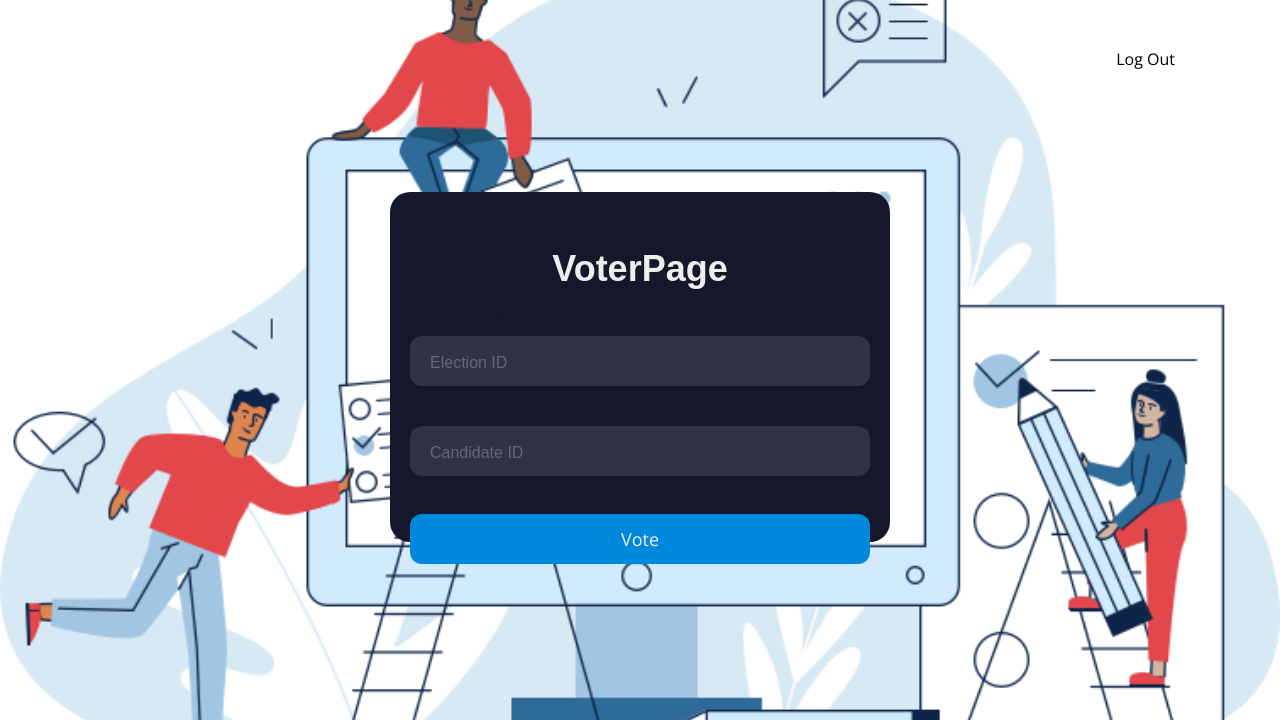
Repository: CS699-IITB-Autumn-2021/project-alpha_team
Page: IVote/templates/Voting.html
These files come from the project's save history. The page is drawn as it stood at one moment and after the next save; the edit follows.
The browser window is 1280 px wide. The pictures show the whole page.

Above is the page before, as saved 2021-10-26 17:58:51.

### IVote/templates/Voting.html
<!doctype html>
<html lang="en">

<head>
  <!-- Required meta tags -->
  <meta charset="utf-8">
  <meta name="viewport" content="width=device-width, initial-scale=1, shrink-to-fit=no">

  <link href="https://fonts.googleapis.com/css?family=Open+Sans:300,400,700" rel="stylesheet">

  <link rel="stylesheet" href="static/fonts/icomoon/style.css">

  <link rel="stylesheet" href="static/css/owl.carousel.min.css">

  <!-- Bootstrap CSS -->
  <link rel="stylesheet" href="static/css/bootstrap.min.css">

  <!-- Style -->
  <link rel="stylesheet" href="static/css/style.css">

  <title>Voter</title>
</head>

<body>


  <div class="site-mobile-menu">
    <div class="site-mobile-menu-header">
      <div class="site-mobile-menu-close mt-3">
        <span class="icon-close2 js-menu-toggle"></span>
      </div>
    </div>
    <div class="site-mobile-menu-body"></div>
  </div>

  <header class="site-navbar" role="banner">

    <div class="container">
      <div class="row align-items-center">

        <div class="col-11 col-xl-2">
          <h1 class="mb-0 site-logo"><a href="voter.html" class="text-white mb-0">iVote</a></h1>
        </div>
        <div class="col-12 col-md-10 d-none d-xl-block">
          <nav class="site-navigation position-relative text-right" role="navigation">

            <ul class="site-menu js-clone-nav mr-auto d-none d-lg-block">
              <li><a href="/logout"><span>Log Out</span></a></li>
            </ul>
          </nav>
        </div>

        <div class="d-inline-block d-xl-none ml-md-0 mr-auto py-3" style="position: relative; top: 3px;"><a href="#"
            class="site-menu-toggle js-menu-toggle text-white"><span class="icon-menu h3"></span></a></div>

      </div>

    </div>

  </header>

  <div class="hero" style="background-image: url('static/images/hero.9dd292ee.png');"></div>
  <div class="position" align="center">
    <div class="form1">
      <div class="title">VoterPage</div>
      <form action="voter.html" method="POST">
        <div class="input-container ic1">
          <input id="id" class="input" name="id" type="number" min="0" placeholder=" " />
          <div class="cut"></div>
          <label for="id" class="placeholder">Election ID</label>
        </div>
        <div class="input-container ic1">
            <input id="id2" class="input" name="id" type="number" min="0" placeholder=" " />
            <div class="cut"></div>
            <label for="id2" class="placeholder">Candidate ID</label>
          </div>
        <button type="submit" class="submit">Vote</button>
      </form>
    </div>
  </div>
  <script src="static/js/jquery-3.3.1.min.js"></script>
  <script src="static/js/popper.min.js"></script>
  <script src="static/js/bootstrap.min.js"></script>
  <script src="static/js/jquery.sticky.js"></script>
  <script src="static/js/main.js"></script>
</body>

</html>

### IVote/static/css/style.css
html{
	height: 100%;
}
body {
  font-family: "Open Sans", -apple-system, BlinkMacSystemFont, "Segoe UI", Roboto, "Helvetica Neue", Arial, "Noto Sans", sans-serif, "Apple Color Emoji", "Segoe UI Emoji", "Segoe UI Symbol", "Noto Color Emoji";
  background-color: #fff;
  position: relative;
  min-height: 100vh;
 }
  body:before {
    content: "";
    position: absolute;
    top: 0;
    left: 0;
    right: 0;
    bottom: 0;
	height: 200hv;
    background: rgba(0, 0, 0, 0.5);
    -webkit-transition: .3s all ease;
    -o-transition: .3s all ease;
    transition: .3s all ease;
    opacity: 0;
    visibility: hidden;
    z-index: 1; }
  body.offcanvas-menu:before {
    opacity: 1;
    visibility: visible; }

p {
  color: #b3b3b3;
  font-weight: 300; }

h1, h2, h3, h4, h5, h6,
.h1, .h2, .h3, .h4, .h5, .h6 {
  font-family: "Open Sans", -apple-system, BlinkMacSystemFont, "Segoe UI", Roboto, "Helvetica Neue", Arial, "Noto Sans", sans-serif, "Apple Color Emoji", "Segoe UI Emoji", "Segoe UI Symbol", "Noto Color Emoji"; }

a {
  -webkit-transition: .3s all ease;
  -o-transition: .3s all ease;
  transition: .3s all ease; }
  a, a:hover {
    text-decoration: none !important; }

.hero {
  height: 100%;
  width: 100%;
  background-size: cover;
  background-position: center center;
  background-repeat: no-repeat;
  position: absolute  }
.position {
	position: relative;
	padding-top: 15%;
}

.site-navbar {
  margin-bottom: 0px;
  z-index: 1999;
  position: absolute;
  top: 2rem;
  width: 100%; }
  .site-navbar.transparent {
    background: transparent; }
  .site-navbar.absolute {
    position: absolute;
    top: 0;
    left: 0;
    width: 100%; }
  .site-navbar .site-logo {
    position: relative;
    left: 0;
    font-size: 24px !important; }
  .site-navbar .site-navigation .site-menu {
    margin-bottom: 0; }
    .site-navbar .site-navigation .site-menu .active > a span {
      background: #007bff;
      color: #000;
      border-radius: 30px;
      display: inline-block;
      padding: 5px 20px; }
    .site-navbar .site-navigation .site-menu a {
      text-decoration: none !important;
      display: inline-block; }
    .site-navbar .site-navigation .site-menu > li {
      display: inline-block; }
      .site-navbar .site-navigation .site-menu > li > a {
        padding: 10px 0px;
        color: #000;
        font-size: 16px;
        text-decoration: none !important; }
        .site-navbar .site-navigation .site-menu > li > a > span {
          padding: 5px 20px;
          display: inline-block;
          -webkit-transition: .3s all ease;
          -o-transition: .3s all ease;
          transition: .3s all ease;
          border-radius: 30px; }
        .site-navbar .site-navigation .site-menu > li > a:hover > span {
          background: #007bff;
          color: #000;
          border-radius: 30px;
          display: inline-block; }
    .site-navbar .site-navigation .site-menu .has-children {
      position: relative; }
      .site-navbar .site-navigation .site-menu .has-children > a span {
        position: relative;
        padding-right: 30px; }
        .site-navbar .site-navigation .site-menu .has-children > a span:before {
          position: absolute;
          content: "\e313";
          font-size: 16px;
          top: 50%;
          right: 10px;
          -webkit-transform: translateY(-50%);
          -ms-transform: translateY(-50%);
          transform: translateY(-50%);
          font-family: 'icomoon'; }
      .site-navbar .site-navigation .site-menu .has-children .dropdown {
        visibility: hidden;
        opacity: 0;
        top: 100%;
        position: absolute;
        text-align: left;
        border-top: 2px solid #007bff;
        -webkit-box-shadow: 0 2px 10px -2px rgba(0, 0, 0, 0.1);
        box-shadow: 0 2px 10px -2px rgba(0, 0, 0, 0.1);
        padding: 0px 0;
        margin-top: 20px;
        margin-left: 0px;
        background: #fff;
        -webkit-transition: 0.2s 0s;
        -o-transition: 0.2s 0s;
        transition: 0.2s 0s; }
        .site-navbar .site-navigation .site-menu .has-children .dropdown.arrow-top {
          position: absolute; }
          .site-navbar .site-navigation .site-menu .has-children .dropdown.arrow-top:before {
            bottom: 100%;
            left: 20%;
            border: solid transparent;
            content: " ";
            height: 0;
            width: 0;
            position: absolute;
            pointer-events: none; }
          .site-navbar .site-navigation .site-menu .has-children .dropdown.arrow-top:before {
            border-color: rgba(136, 183, 213, 0);
            border-bottom-color: #fff;
            border-width: 10px;
            margin-left: -10px; }
        .site-navbar .site-navigation .site-menu .has-children .dropdown a {
          text-transform: none;
          letter-spacing: normal;
          -webkit-transition: 0s all;
          -o-transition: 0s all;
          transition: 0s all;
          color: #343a40; }
        .site-navbar .site-navigation .site-menu .has-children .dropdown .active > a {
          color: #007bff !important; }
        .site-navbar .site-navigation .site-menu .has-children .dropdown > li {
          list-style: none;
          padding: 0;
          margin: 0;
          min-width: 200px; }
          .site-navbar .site-navigation .site-menu .has-children .dropdown > li > a {
            padding: 9px 20px;
            display: block; }
            .site-navbar .site-navigation .site-menu .has-children .dropdown > li > a:hover {
              background: #fafafb; }
          .site-navbar .site-navigation .site-menu .has-children .dropdown > li.has-children > a {
            position: relative; }
            .site-navbar .site-navigation .site-menu .has-children .dropdown > li.has-children > a:after {
              position: absolute;
              right: 0;
              content: "\e315";
              right: 20px;
              font-family: 'icomoon'; }
          .site-navbar .site-navigation .site-menu .has-children .dropdown > li.has-children > .dropdown, .site-navbar .site-navigation .site-menu .has-children .dropdown > li.has-children > ul {
            left: 100%;
            top: 0; }
          .site-navbar .site-navigation .site-menu .has-children .dropdown > li.has-children:hover > a, .site-navbar .site-navigation .site-menu .has-children .dropdown > li.has-children:active > a, .site-navbar .site-navigation .site-menu .has-children .dropdown > li.has-children:focus > a {
            background: #fafafb; }
      .site-navbar .site-navigation .site-menu .has-children:hover > a, .site-navbar .site-navigation .site-menu .has-children:focus > a, .site-navbar .site-navigation .site-menu .has-children:active > a {
        color: #007bff; }
        .site-navbar .site-navigation .site-menu .has-children:hover > a span, .site-navbar .site-navigation .site-menu .has-children:focus > a span, .site-navbar .site-navigation .site-menu .has-children:active > a span {
          background: #007bff;
          color: #fff; }
      .site-navbar .site-navigation .site-menu .has-children:hover, .site-navbar .site-navigation .site-menu .has-children:focus, .site-navbar .site-navigation .site-menu .has-children:active {
        cursor: pointer; }
        .site-navbar .site-navigation .site-menu .has-children:hover > .dropdown, .site-navbar .site-navigation .site-menu .has-children:focus > .dropdown, .site-navbar .site-navigation .site-menu .has-children:active > .dropdown {
          -webkit-transition-delay: 0s;
          -o-transition-delay: 0s;
          transition-delay: 0s;
          margin-top: 0px;
          visibility: visible;
          opacity: 1; }

.site-mobile-menu {
  width: 300px;
  position: fixed;
  right: 0;
  z-index: 2000;
  padding-top: 20px;
  background: #fff;
  height: calc(100vh);
  -webkit-transform: translateX(110%);
  -ms-transform: translateX(110%);
  transform: translateX(110%);
  -webkit-box-shadow: -10px 0 20px -10px rgba(0, 0, 0, 0.1);
  box-shadow: -10px 0 20px -10px rgba(0, 0, 0, 0.1);
  -webkit-transition: .3s all ease-in-out;
  -o-transition: .3s all ease-in-out;
  transition: .3s all ease-in-out; }
  .offcanvas-menu .site-mobile-menu {
    -webkit-transform: translateX(0%);
    -ms-transform: translateX(0%);
    transform: translateX(0%); }
  .site-mobile-menu .site-mobile-menu-header {
    width: 100%;
    float: left;
    padding-left: 20px;
    padding-right: 20px; }
    .site-mobile-menu .site-mobile-menu-header .site-mobile-menu-close {
      float: right;
      margin-top: 8px; }
      .site-mobile-menu .site-mobile-menu-header .site-mobile-menu-close span {
        font-size: 30px;
        display: inline-block;
        padding-left: 10px;
        padding-right: 0px;
        line-height: 1;
        cursor: pointer;
        -webkit-transition: .3s all ease;
        -o-transition: .3s all ease;
        transition: .3s all ease; }
        .site-mobile-menu .site-mobile-menu-header .site-mobile-menu-close span:hover {
          color: #f8f9fa; }
    .site-mobile-menu .site-mobile-menu-header .site-mobile-menu-logo {
      float: left;
      margin-top: 10px;
      margin-left: 0px; }
      .site-mobile-menu .site-mobile-menu-header .site-mobile-menu-logo a {
        display: inline-block;
        text-transform: uppercase; }
        .site-mobile-menu .site-mobile-menu-header .site-mobile-menu-logo a img {
          max-width: 70px; }
        .site-mobile-menu .site-mobile-menu-header .site-mobile-menu-logo a:hover {
          text-decoration: none; }
  .site-mobile-menu .site-mobile-menu-body {
    overflow-y: scroll;
    -webkit-overflow-scrolling: touch;
    position: relative;
    padding: 0 20px 20px 20px;
    height: calc(100vh - 52px);
    padding-bottom: 150px; }
  .site-mobile-menu .site-nav-wrap {
    padding: 0;
    margin: 0;
    list-style: none;
    position: relative; }
    .site-mobile-menu .site-nav-wrap a {
      padding: 10px 20px;
      display: block;
      position: relative;
      color: #212529; }
      .site-mobile-menu .site-nav-wrap a:hover {
        color: #007bff; }
    .site-mobile-menu .site-nav-wrap li {
      position: relative;
      display: block; }
      .site-mobile-menu .site-nav-wrap li.active > a {
        color: #007bff; }
    .site-mobile-menu .site-nav-wrap .arrow-collapse {
      position: absolute;
      right: 0px;
      top: 10px;
      z-index: 20;
      width: 36px;
      height: 36px;
      text-align: center;
      cursor: pointer;
      border-radius: 50%; }
      .site-mobile-menu .site-nav-wrap .arrow-collapse:hover {
        background: #f8f9fa; }
      .site-mobile-menu .site-nav-wrap .arrow-collapse:before {
        font-size: 12px;
        z-index: 20;
        font-family: "icomoon";
        content: "\f078";
        position: absolute;
        top: 50%;
        left: 50%;
        -webkit-transform: translate(-50%, -50%) rotate(-180deg);
        -ms-transform: translate(-50%, -50%) rotate(-180deg);
        transform: translate(-50%, -50%) rotate(-180deg);
        -webkit-transition: .3s all ease;
        -o-transition: .3s all ease;
        transition: .3s all ease; }
      .site-mobile-menu .site-nav-wrap .arrow-collapse.collapsed:before {
        -webkit-transform: translate(-50%, -50%);
        -ms-transform: translate(-50%, -50%);
        transform: translate(-50%, -50%); }
    .site-mobile-menu .site-nav-wrap > li {
      display: block;
      position: relative;
      float: left;
      width: 100%; }
      .site-mobile-menu .site-nav-wrap > li > a {
        padding-left: 20px;
        font-size: 20px; }
      .site-mobile-menu .site-nav-wrap > li > ul {
        padding: 0;
        margin: 0;
        list-style: none; }
        .site-mobile-menu .site-nav-wrap > li > ul > li {
          display: block; }
          .site-mobile-menu .site-nav-wrap > li > ul > li > a {
            padding-left: 40px;
            font-size: 16px; }
          .site-mobile-menu .site-nav-wrap > li > ul > li > ul {
            padding: 0;
            margin: 0; }
            .site-mobile-menu .site-nav-wrap > li > ul > li > ul > li {
              display: block; }
              .site-mobile-menu .site-nav-wrap > li > ul > li > ul > li > a {
                font-size: 16px;
                padding-left: 60px; }
    .site-mobile-menu .site-nav-wrap[data-class="social"] {
      float: left;
      width: 100%;
      margin-top: 30px;
      padding-bottom: 5em; }
      .site-mobile-menu .site-nav-wrap[data-class="social"] > li {
        width: auto; }
        .site-mobile-menu .site-nav-wrap[data-class="social"] > li:first-child a {
          padding-left: 15px !important; }
.form {
  background-color: #15172b;
  border-radius: 20px;
  box-sizing: border-box;
  height: 800px;
  padding: 20px;
  width: 500px;
}

.title {
  color: #eee;
  font-family: sans-serif;
  font-size: 36px;
  font-weight: 600;
  margin-top: 30px;
}

.subtitle {
  color: #eee;
  font-family: sans-serif;
  font-size: 16px;
  font-weight: 600;
  margin-top: 10px;
}

.input-container {
  height: 50px;
  position: relative;
  width: 100%;
}

.ic1 {
  margin-top: 40px;
}

.ic2 {
  margin-top: 30px;
}

.form1 {
  background-color: #15172b;
  border-radius: 20px;
  box-sizing: border-box;
  height: 350px;
  padding: 20px;
  width: 500px;
}


.input {
  background-color: #303245;
  border-radius: 12px;
  border: 0;
  box-sizing: border-box;
  color: #eee;
  font-size: 18px;
  height: 100%;
  outline: 0;
  padding: 4px 20px 0;
  width: 100%;
}
.mul {
  background-color: #303245;
  border-radius: 12px;
  border: 0;
  box-sizing: border-box;
  color: #eee;
  font-size: 18px;
  height: 100%;
  outline: 0;
  padding: 4px 20px 0;
  width: 100%;
}

.cut {
  background-color: #15172b;
  border-radius: 10px;
  height: 20px;
  left: 20px;
  position: absolute;
  top: -20px;
  transform: translateY(0);
  transition: transform 200ms;
  width: 76px;
}

.cut-short {
  width: 50px;
}

.input:focus ~ .cut,
.input:not(:placeholder-shown) ~ .cut {
  transform: translateY(8px);
}
.mul:focus ~ .cut,
.mul:not(:placeholder-shown) ~ .cut {
  transform: translateY(8px);
}
.placeholder {
  color: #65657b;
  font-family: sans-serif;
  left: 20px;
  line-height: 14px;
  pointer-events: none;
  position: absolute;
  transform-origin: 0 50%;
  transition: transform 200ms, color 200ms;
  top: 20px;
}

.input:focus ~ .placeholder,
.input:not(:placeholder-shown) ~ .placeholder {
  transform: translateY(-30px) translateX(10px) scale(0.75);
}

.input:not(:placeholder-shown) ~ .placeholder {
  color: #808097;
}

.input:focus ~ .placeholder {
  color: #dc2f55;
}
.mul:focus ~ .placeholder,
.mul:not(:placeholder-shown) ~ .placeholder {
  transform: translateY(-30px) translateX(10px) scale(0.75);
}

.mul:not(:placeholder-shown) ~ .placeholder {
  color: #808097;
}

.mul:focus ~ .placeholder {
  color: #dc2f55;
}

.submit {
  background-color: #08d;
  border-radius: 12px;
  border: 0;
  box-sizing: border-box;
  color: #eee;
  cursor: pointer;
  font-size: 18px;
  height: 50px;
  margin-top: 38px;
  outline: 0;
  text-align: center;
  width: 100%;
}

.submit:active {
  background-color: #06b;
}

.message {
  color : #fff;
}
.padd {
padding-top: 200px;
position: relative;
}

### IVote/static/js/main.js
$(function() {

  var siteSticky = function() {
		$(".js-sticky-header").sticky({topSpacing:0});
	};
	siteSticky();

	var siteMenuClone = function() {

		$('.js-clone-nav').each(function() {
			var $this = $(this);
			$this.clone().attr('class', 'site-nav-wrap').appendTo('.site-mobile-menu-body');
		});


		setTimeout(function() {

			var counter = 0;
      $('.site-mobile-menu .has-children').each(function(){
        var $this = $(this);

        $this.prepend('<span class="arrow-collapse collapsed">');

        $this.find('.arrow-collapse').attr({
          'data-toggle' : 'collapse',
          'data-target' : '#collapseItem' + counter,
        });

        $this.find('> ul').attr({
          'class' : 'collapse',
          'id' : 'collapseItem' + counter,
        });

        counter++;

      });

    }, 1000);

		$('body').on('click', '.arrow-collapse', function(e) {
      var $this = $(this);
      if ( $this.closest('li').find('.collapse').hasClass('show') ) {
        $this.removeClass('active');
      } else {
        $this.addClass('active');
      }
      e.preventDefault();

    });

		$(window).resize(function() {
			var $this = $(this),
				w = $this.width();

			if ( w > 768 ) {
				if ( $('body').hasClass('offcanvas-menu') ) {
					$('body').removeClass('offcanvas-menu');
				}
			}
		})

		$('body').on('click', '.js-menu-toggle', function(e) {
			var $this = $(this);
			e.preventDefault();

			if ( $('body').hasClass('offcanvas-menu') ) {
				$('body').removeClass('offcanvas-menu');
				$this.removeClass('active');
			} else {
				$('body').addClass('offcanvas-menu');
				$this.addClass('active');
			}
		})

		// click outisde offcanvas
		$(document).mouseup(function(e) {
	    var container = $(".site-mobile-menu");
	    if (!container.is(e.target) && container.has(e.target).length === 0) {
	      if ( $('body').hasClass('offcanvas-menu') ) {
					$('body').removeClass('offcanvas-menu');
				}
	    }
		});
	};
	siteMenuClone();


});

Loaded but not shown: IVote/static/fonts/icomoon/style.css (common file); IVote/static/css/owl.carousel.min.css (library); IVote/static/css/bootstrap.min.css (library); IVote/static/js/jquery-3.3.1.min.js (library); IVote/static/js/popper.min.js (library); IVote/static/js/bootstrap.min.js (library); IVote/static/js/jquery.sticky.js (library)

After the next save:
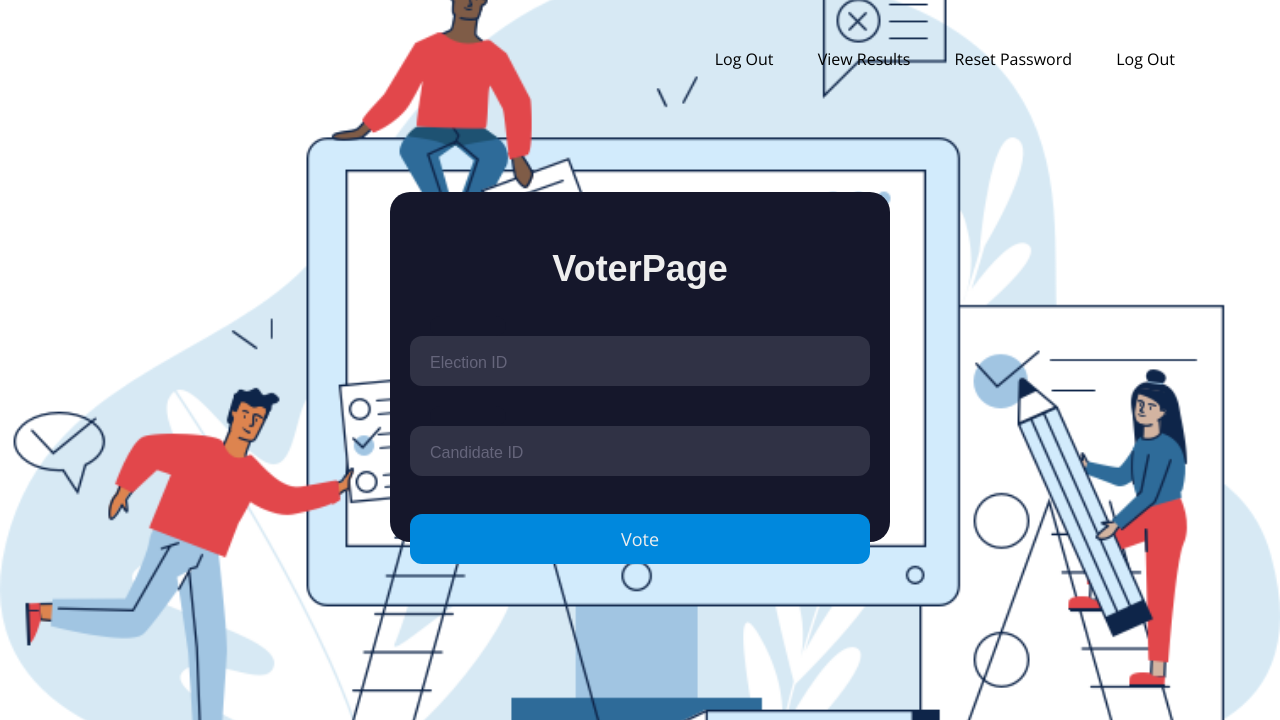
Saved 3 min 37 s later.
--- a/IVote/templates/Voting.html
+++ b/IVote/templates/Voting.html
@@ -46,6 +46,9 @@
 
             <ul class="site-menu js-clone-nav mr-auto d-none d-lg-block">
               <li><a href="/logout"><span>Log Out</span></a></li>
+              <li><a href="voterresult.html"><span>View Results</span></a></li>
+              <li><a href="forgotPassword.html"><span>Reset Password</span></a></li>
+              <li><a href="/logout"><span>Log Out</span></a></li>
             </ul>
           </nav>
         </div>
